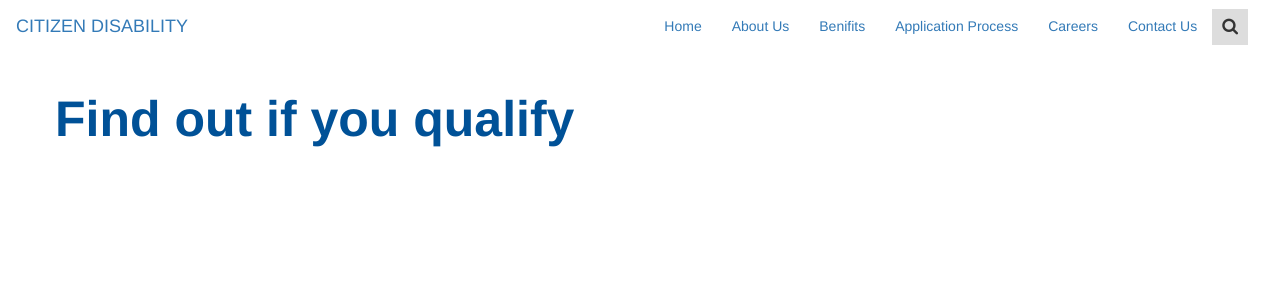
Repository: welcome0605/Embed-html-integrate-with-API
Page: Home2.html
The author's editor kept a copy of each file at every save. The page is drawn from the files as they stood at one save, then again after the next save.
The browser window is 1280 px wide. The pictures show the whole page.

Above is the page before, as saved 2019-04-29 15:07:37.

After the next save:
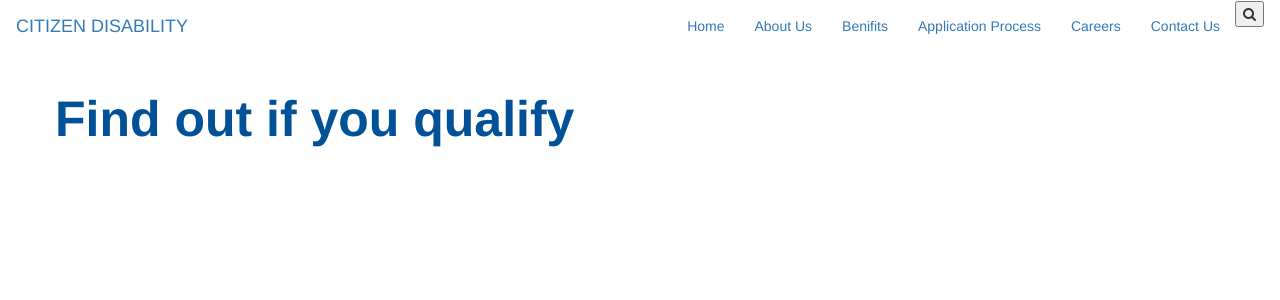
Saved 6 s later.
--- a/css/base2.css
+++ b/css/base2.css
@@ -10,24 +10,6 @@
 .navbar-default .navbar-nav>li>a {
     color: black;
     font-size: 20px;
-}
-
-.div_right input[type=text] {
-    padding: 6px;
-    margin-top: 8px;
-    font-size: 17px;
-    border: none;
-}
-
-.div_right button {
-    float: right;
-    padding: 6px 10px;
-    margin-top: 8px;
-    margin-right: 16px;
-    background: #ddd;
-    font-size: 17px;
-    border: none;
-    cursor: pointer;
 }
 
 .div_right {

After the save that followed:
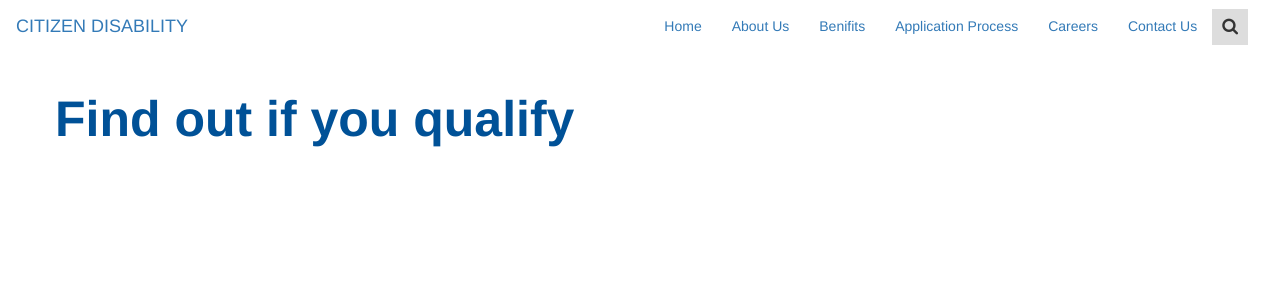
Saved 3 min 44 s later.
--- a/css/base2.css
+++ b/css/base2.css
@@ -10,6 +10,24 @@
 .navbar-default .navbar-nav>li>a {
     color: black;
     font-size: 20px;
+}
+
+.div_right input[type=text] {
+    padding: 6px;
+    margin-top: 8px;
+    font-size: 17px;
+    border: none;
+}
+
+.div_right button {
+    float: right;
+    padding: 6px 10px;
+    margin-top: 8px;
+    margin-right: 16px;
+    background: #ddd;
+    font-size: 17px;
+    border: none;
+    cursor: pointer;
 }
 
 .div_right {
